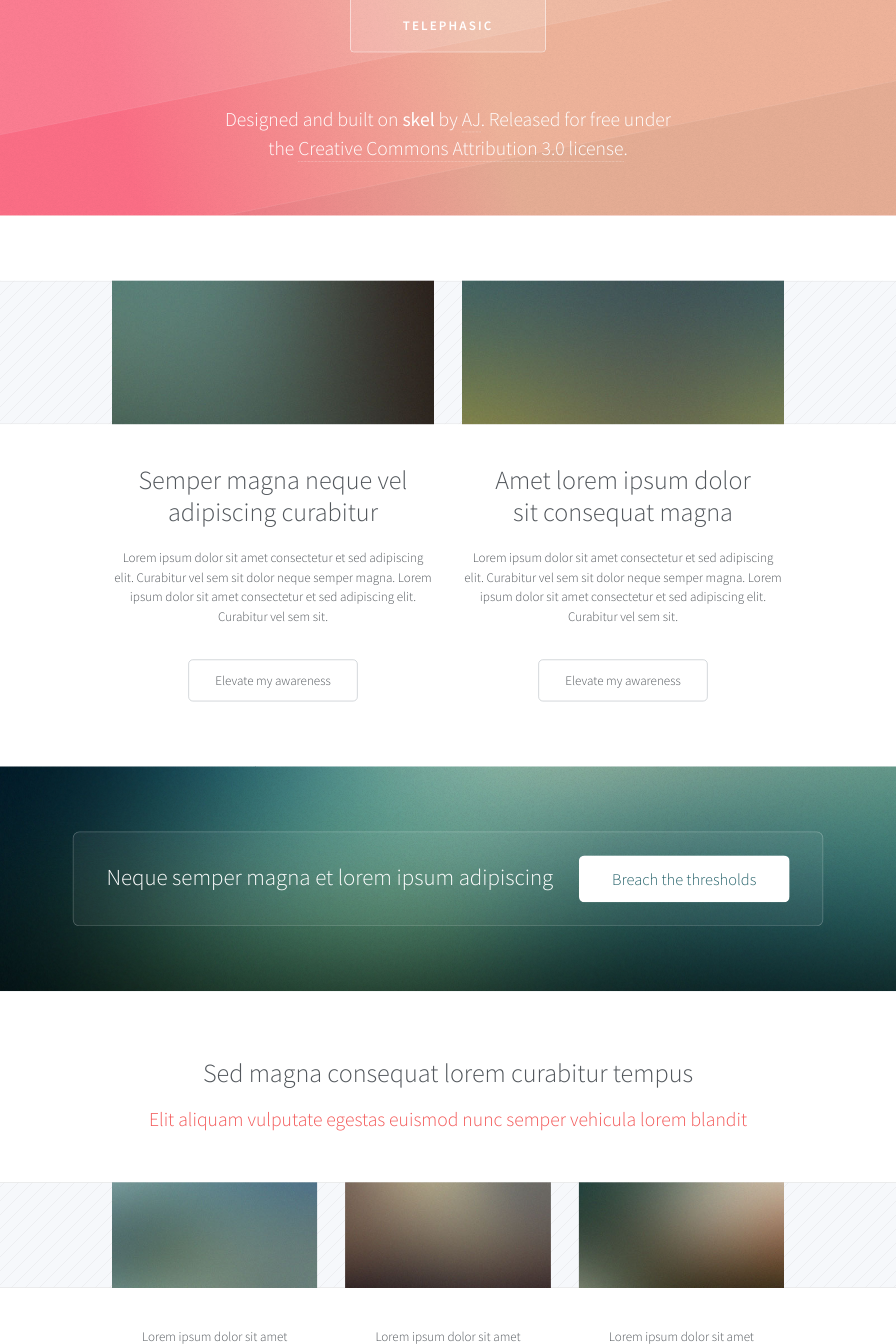
Repository: FranCodeCafe/francodecafe.github.io
Page: index.html
These files come from the project's save history. The page is drawn as it stood at one moment and after the next save; the edit follows.
The browser window is 1280 px wide. The pictures show the part of the page from y = 0 to 1920 px (the page is 3195 px tall), at 70% of full size.

Above is the page before, as saved 2020-01-22 14:08:54.

After the next save:
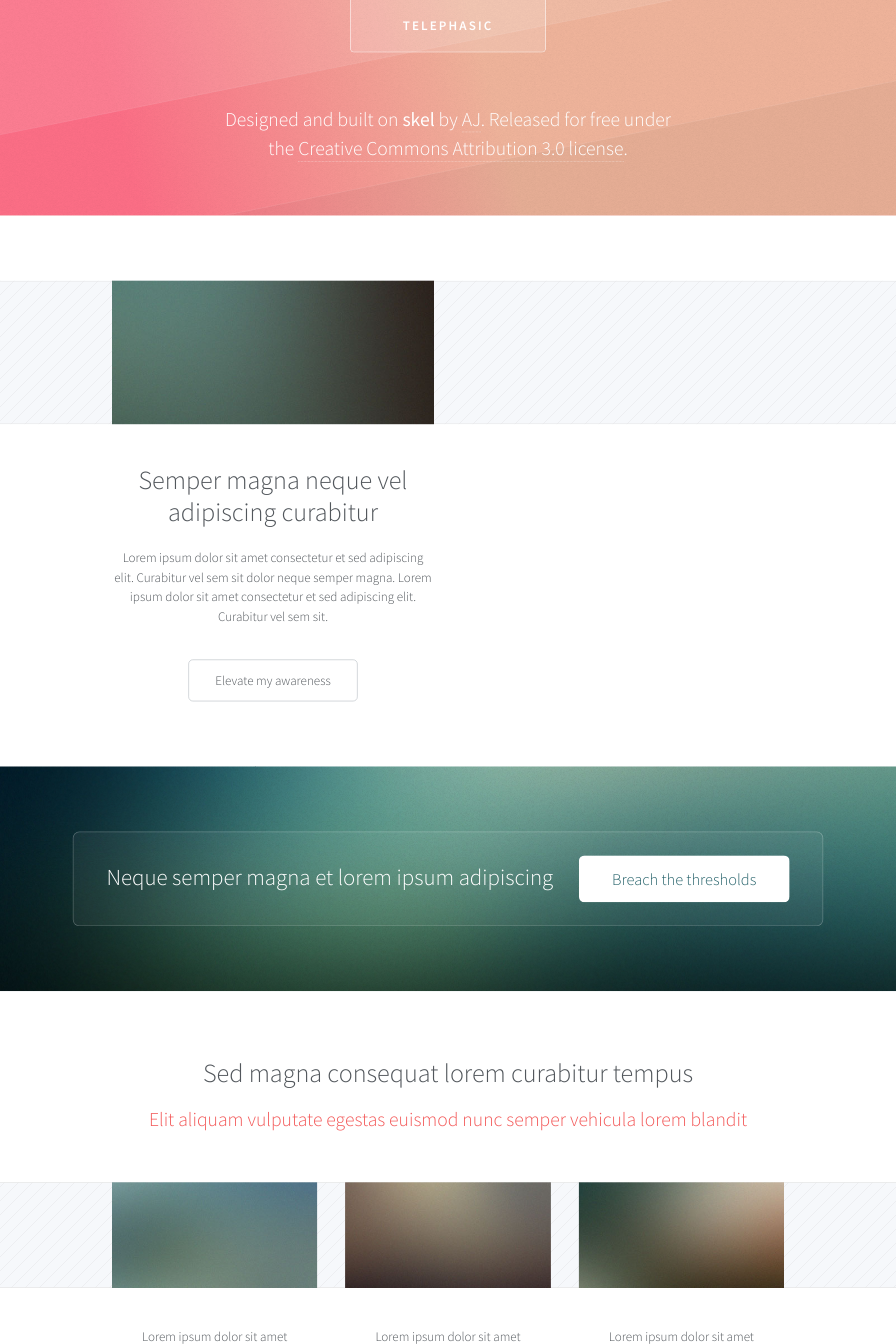
Saved 27 s later.
--- a/index.html
+++ b/index.html
@@ -96,7 +96,7 @@
 								<li><a href="#" class="button">Elevate my awareness</a></li>
 							</ul>
 						</section>
-						<section class="6u 12u(narrower) feature">
+						<!-- <section class="6u 12u(narrower) feature">
 							<div class="image-wrapper">
 								<a href="#" class="image featured"><img src="images/pic02.jpg" alt="" /></a>
 							</div>
@@ -110,7 +110,7 @@
 							<ul class="actions">
 								<li><a href="#" class="button">Elevate my awareness</a></li>
 							</ul>
-						</section>
+						</section> -->
 					</div>
 				</div>
 			</div>
